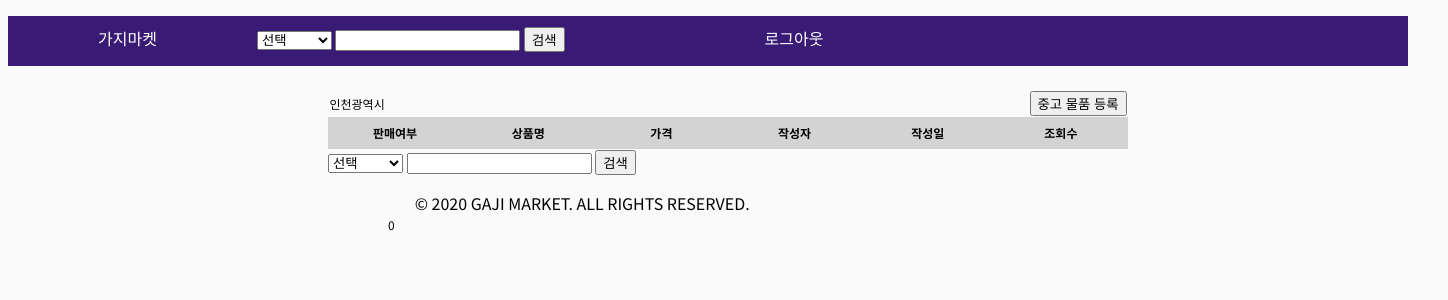
Repository: dblee0128/gajimarket
Page: http://localhost/GajiMarket/WEB-INF/views/board/get.jsp
These files come from the project's save history. The page is drawn as it stood at one moment and after the next save; the edit follows.
The browser window is 1280 px wide. The page is 1448 px wide, so the pictures cover 1448 px, including what lies to the right of the window. The pictures show the whole page.
The page is served by Tomcat 9. Nobody is signed in. The template is opened directly, without the code that normally fills it, so the values that code supplies are empty.

Above is the page before, as saved 2020-10-31 07:40:02.

After the next save:
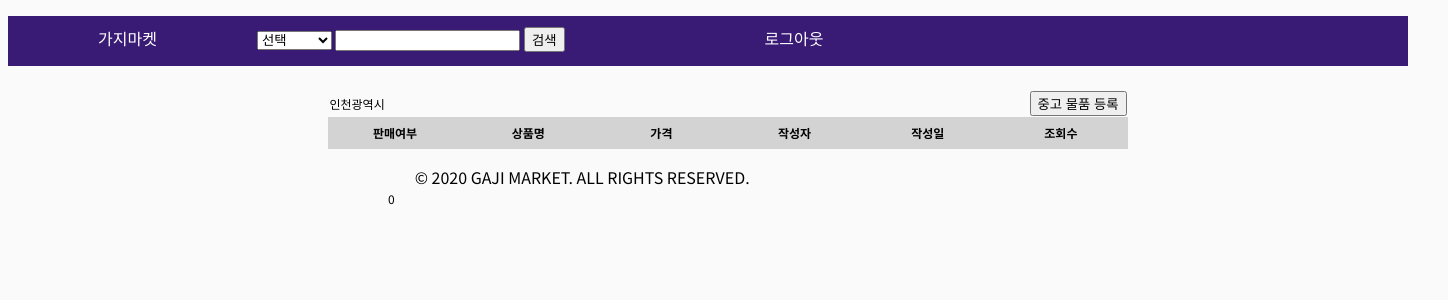
Saved 66 s later.
--- a/GajiMarket/src/main/webapp/WEB-INF/views/board/get.jsp
+++ b/GajiMarket/src/main/webapp/WEB-INF/views/board/get.jsp
@@ -47,7 +47,7 @@
 			</c:forEach>
 		</table>
 
-		<!-- 검색 -->
+		<!-- 검색 (header로 옮김)
 		<div id="searchArea">
 			<form action="/board" method="get">
 				<select name="type">
@@ -61,8 +61,7 @@
 				<input type="hidden" name="amount" value="${pageMaker.cri.amount}">
 				<button type="submit">검색</button>
 			</form>
-
-		</div>
+		</div> -->
 
 
 		<!-- 페이징 -->

After the save that followed:
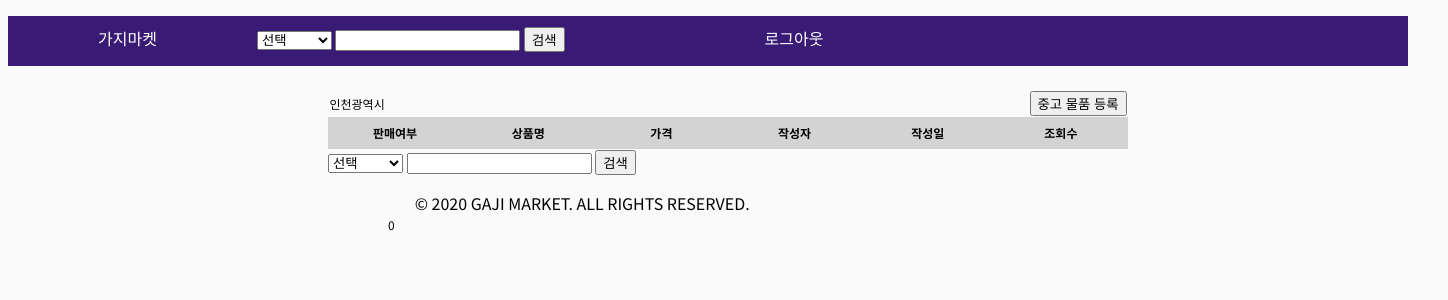
Saved 99 s later.
--- a/GajiMarket/src/main/webapp/WEB-INF/views/board/get.jsp
+++ b/GajiMarket/src/main/webapp/WEB-INF/views/board/get.jsp
@@ -47,7 +47,7 @@
 			</c:forEach>
 		</table>
 
-		<!-- 검색 (header로 옮김)
+		<!-- 검색 -->
 		<div id="searchArea">
 			<form action="/board" method="get">
 				<select name="type">
@@ -61,7 +61,7 @@
 				<input type="hidden" name="amount" value="${pageMaker.cri.amount}">
 				<button type="submit">검색</button>
 			</form>
-		</div> -->
+		</div>
 
 
 		<!-- 페이징 -->
